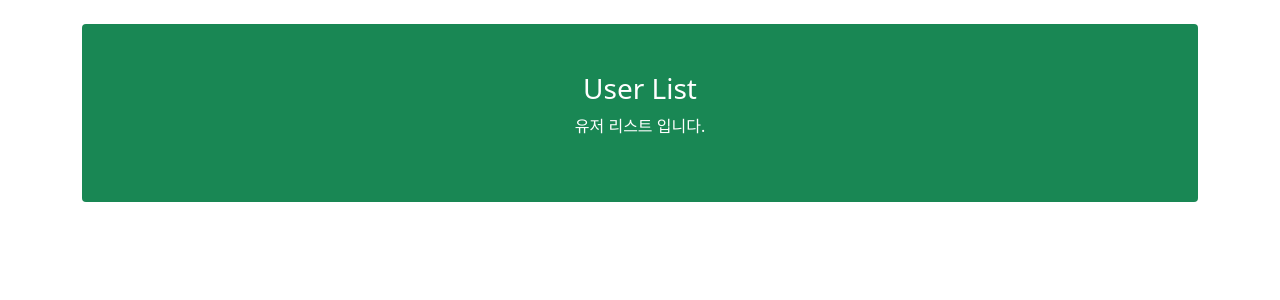
Repository: juhee1020/studying
Page: http://localhost/lec03_mvc/user/user_list.jsp
These files come from the project's save history. The page is drawn as it stood at one moment and after the next save; the edit follows.
The browser window is 1280 px wide. The pictures show the whole page.
Some web libraries are served in a nearby version. The page is served by Tomcat 9. Nobody is signed in. The application's start-up code is not run. Other server files are loaded and not shown.

Above is the page before, as saved 2022-12-28 05:15:16.

### Spring/lec03_mvc/src/main/webapp/user/user_list.jsp
<%@page language="java" contentType="text/html; charset=UTF-8" pageEncoding="UTF-8"%>
<%@taglib uri="http://java.sun.com/jsp/jstl/core" prefix="c" %>
<!DOCTYPE html>
<html>
<head>
   <title>Spring Framework</title>
   <meta charset="UTF-8">
    <meta name="viewport" content="width=device-width, initial-scale=1">
   <link rel="stylesheet" href="https://use.fontawesome.com/releases/v5.4.1/css/all.css"
      integrity="sha384-5sAR7xN1Nv6T6+dT2mhtzEpVJvfS3NScPQTrOxhwjIuvcA67KV2R5Jz6kr4abQsz"
      crossorigin="anonymous">
   <link href="https://cdn.jsdelivr.net/npm/bootstrap@5.0.2/dist/css/bootstrap.min.css" rel="stylesheet" integrity="sha384-EVSTQN3/azprG1Anm3QDgpJLIm9Nao0Yz1ztcQTwFspd3yD65VohhpuuCOmLASjC" crossorigin="anonymous">
   <script src="https://cdn.jsdelivr.net/npm/bootstrap@5.0.2/dist/js/bootstrap.bundle.min.js" integrity="sha384-MrcW6ZMFYlzcLA8Nl+NtUVF0sA7MsXsP1UyJoMp4YLEuNSfAP+JcXn/tWtIaxVXM" crossorigin="anonymous"></script>
</head>
<body>
   <div class="container" align="center">
      <div class="mt-4 p-5 bg-success text-white rounded">
         <h3>User List</h3>

         <c:if test="${userList.isEmpty()}">
         	<p>등록된 사용자 정보가 존재하지않습니다.</p>
         </c:if>

         <p>유저 리스트 입니다.</p>
      </div>
      <br>

	<c:forEach var="user_" items="${userList}">
		${user_.id}<br>
		${user_.getId()}<br>
		${user_.getName()}<br>
		${user_.getRole()}<hr>
	</c:forEach>
     <!--  ${ userList.toString() }  -->
   </div>
</body>
</html>

After the next save:
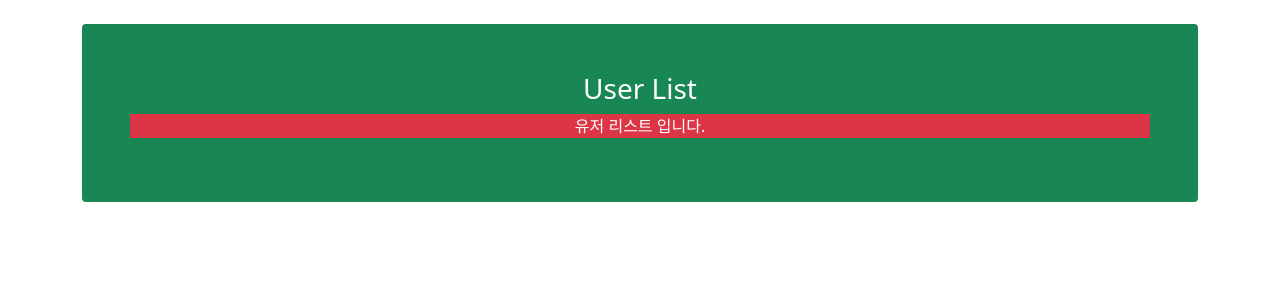
Saved 33 s later.
--- a/Spring/lec03_mvc/src/main/webapp/user/user_list.jsp
+++ b/Spring/lec03_mvc/src/main/webapp/user/user_list.jsp
@@ -21,7 +21,7 @@
          	<p>등록된 사용자 정보가 존재하지않습니다.</p>
          </c:if>
 
-         <p>유저 리스트 입니다.</p>
+         <p class="bg-danger text-white">유저 리스트 입니다.</p>
       </div>
       <br>
 
